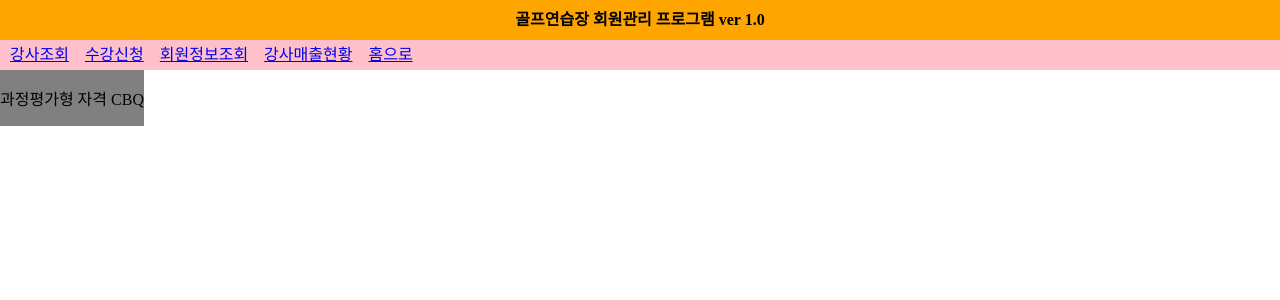
Repository: wjdwlgns1101/school_hrd
Page: http://localhost/hrd_30111_1_/
These files come from the project's save history. The page is drawn as it stood at one moment and after the next save; the edit follows.
The browser window is 1280 px wide. The pictures show the whole page.
The page is served by Tomcat 9.

Above is the page before, as saved 2024-05-06 13:52:56.

### hrd_30111_(1)/hrd_30111(1)/src/main/webapp/index.jsp
<%@ page language="java" contentType="text/html; charset=UTF-8"
    pageEncoding="UTF-8"%>
<!DOCTYPE html>
<html>
<head>
<meta charset="UTF-8">
<title>Insert title here</title>
</head>
<body>
<jsp:include page="header.jsp"></jsp:include>
<section style="position: fixed; background-color: gray; top: 70px; text-align: center; left: 0; ">
<p>과정평가형 자격 CBQ<p>


</section>


<jsp:include page="footer.jsp"></jsp:include>
</body>
</html>

### hrd_30111_(1)/hrd_30111(1)/src/main/webapp/header.jsp
<%@ page language="java" contentType="text/html; charset=UTF-8"
    pageEncoding="UTF-8"%>
<!DOCTYPE html>
<html>
<head>
<meta charset="UTF-8">
<title>Insert title here</title>
</head>
<body>
<header style="position: fixed; background-color: orange; width: 100%; height: 40px; padding: 0; left: 0; top: 0; text-align: center; line-height: 40px;'">
	<b>골프연습장 회원관리 프로그램 ver 1.0</b>

<nav style="background-color: pink; text-align: left; padding-left: 10px; height: 30px; line-height: 30px;" >

	<a href="#">강사조회</a> &nbsp;&nbsp;
	<a href="#">수강신청</a> &nbsp;&nbsp;
	<a href="#">회원정보조회</a> &nbsp;&nbsp;
	<a href="#">강사매출현황</a> &nbsp;&nbsp;
	<a href="index.jsp">홈으로</a>

</nav>

</header>


</body>
</html>

Loaded but not shown: hrd_30111_(1)/hrd_30111(1)/src/main/webapp/footer.jsp (common file)

After the next save:
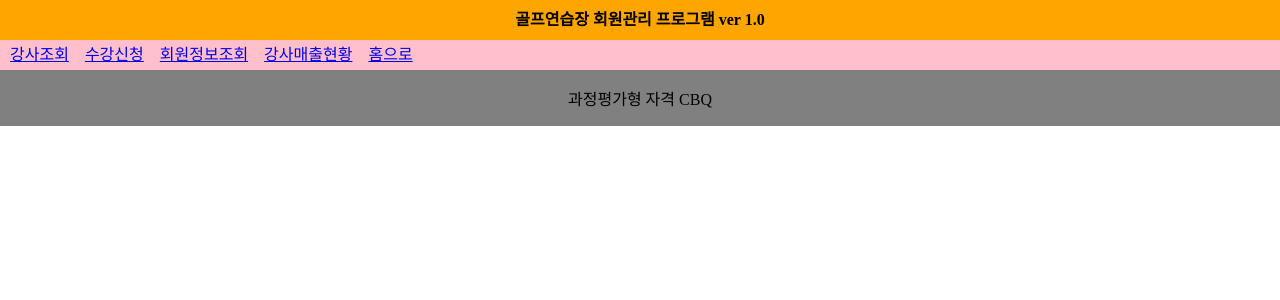
Saved 12 s later.
--- a/hrd_30111_(1)/hrd_30111(1)/src/main/webapp/index.jsp
+++ b/hrd_30111_(1)/hrd_30111(1)/src/main/webapp/index.jsp
@@ -8,7 +8,7 @@
 </head>
 <body>
 <jsp:include page="header.jsp"></jsp:include>
-<section style="position: fixed; background-color: gray; top: 70px; text-align: center; left: 0; ">
+<section style="position: fixed; background-color: gray; top: 70px; text-align: center; left: 0; width: 100%; ">
 <p>과정평가형 자격 CBQ<p>
 
 
